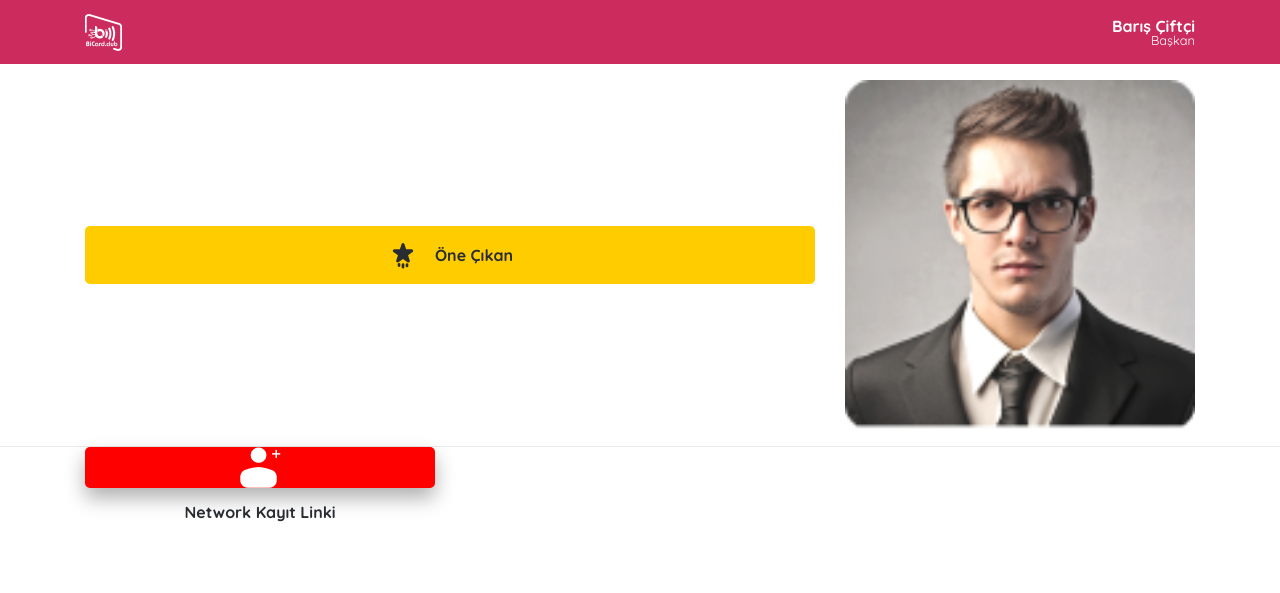
Repository: KayahanKahriman/bicard
Page: index.html
These files come from the project's save history. The page is drawn as it stood at one moment and after the next save; the edit follows.
The browser window is 1280 px wide. The pictures show the whole page.
The style sheet was rebuilt from its Sass, Less or Tailwind sources for each picture, by a compiler version that may differ from the author's.

Above is the page before, as saved 2021-12-01 12:21:30.

After the next save:
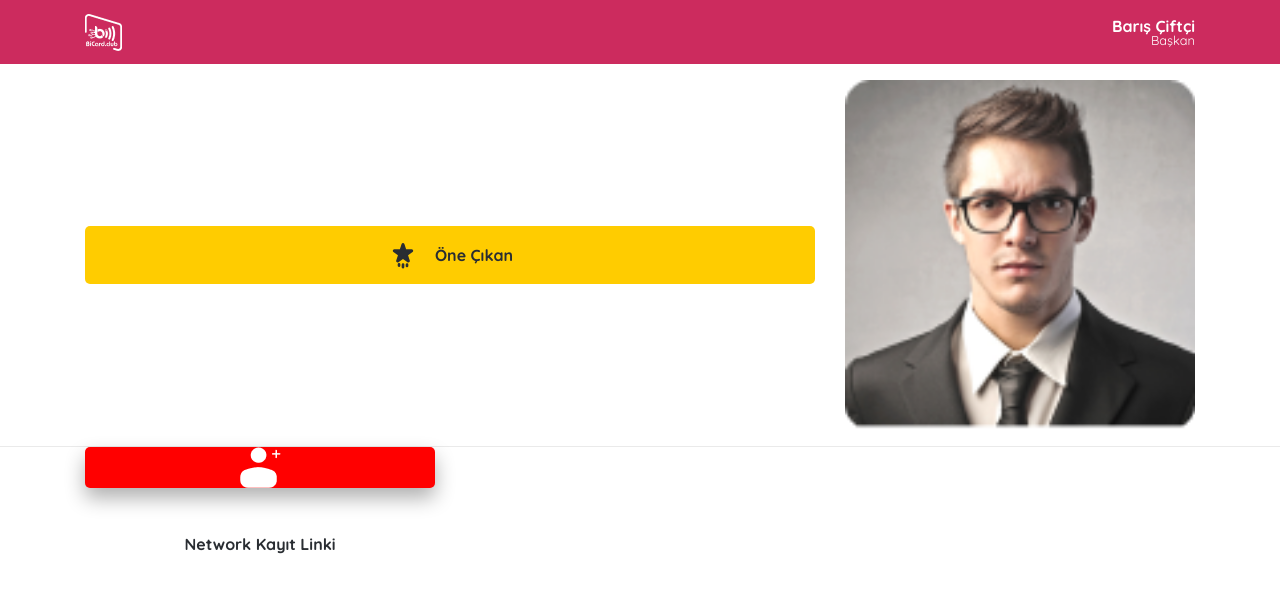
Saved 4 s later.
--- a/assets/scss/_main.scss
+++ b/assets/scss/_main.scss
@@ -100,7 +100,7 @@
   flex-direction: column;
   text-align: center;
   font-weight: 600;
-  gap: 1em;
+  gap: 3em;
 
   .icon-grid-item-icon {
     border-radius: 5px;
